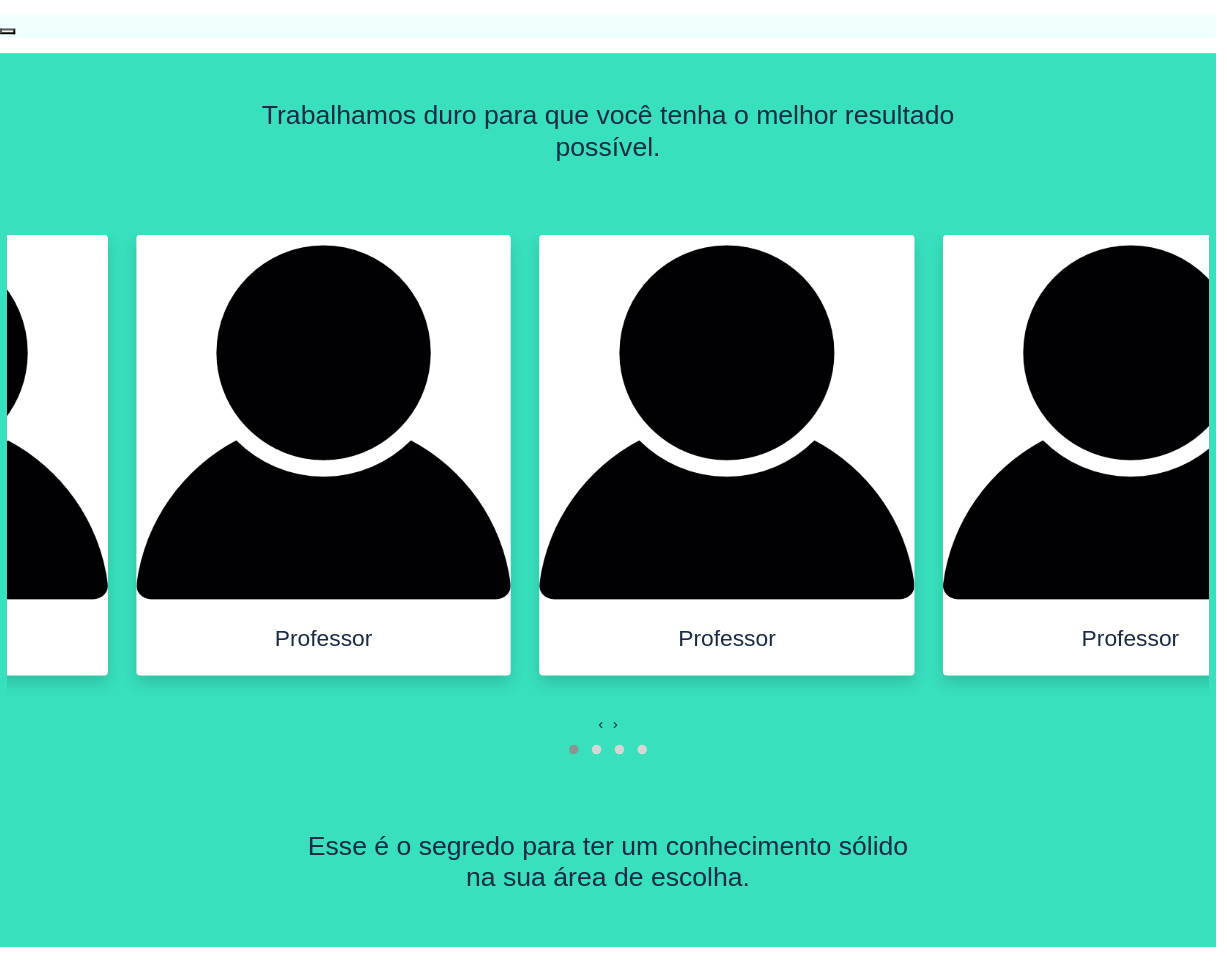
Repository: MarTech-Coders-Planejamento/site-oficial
Page: home.html
An editor plug-in stored every save of this project. The page is shown before and after the next save, followed by the edit.
The browser window is 1280 px wide. The page is 1292 px wide, so the pictures cover 1292 px, including what lies to the right of the window. The pictures show the whole page, at 95% of full size.
Some web fonts or font styles are not loaded; a fallback is used.

Above is the page before, as saved 2021-10-23 12:33:26.

After the next save:
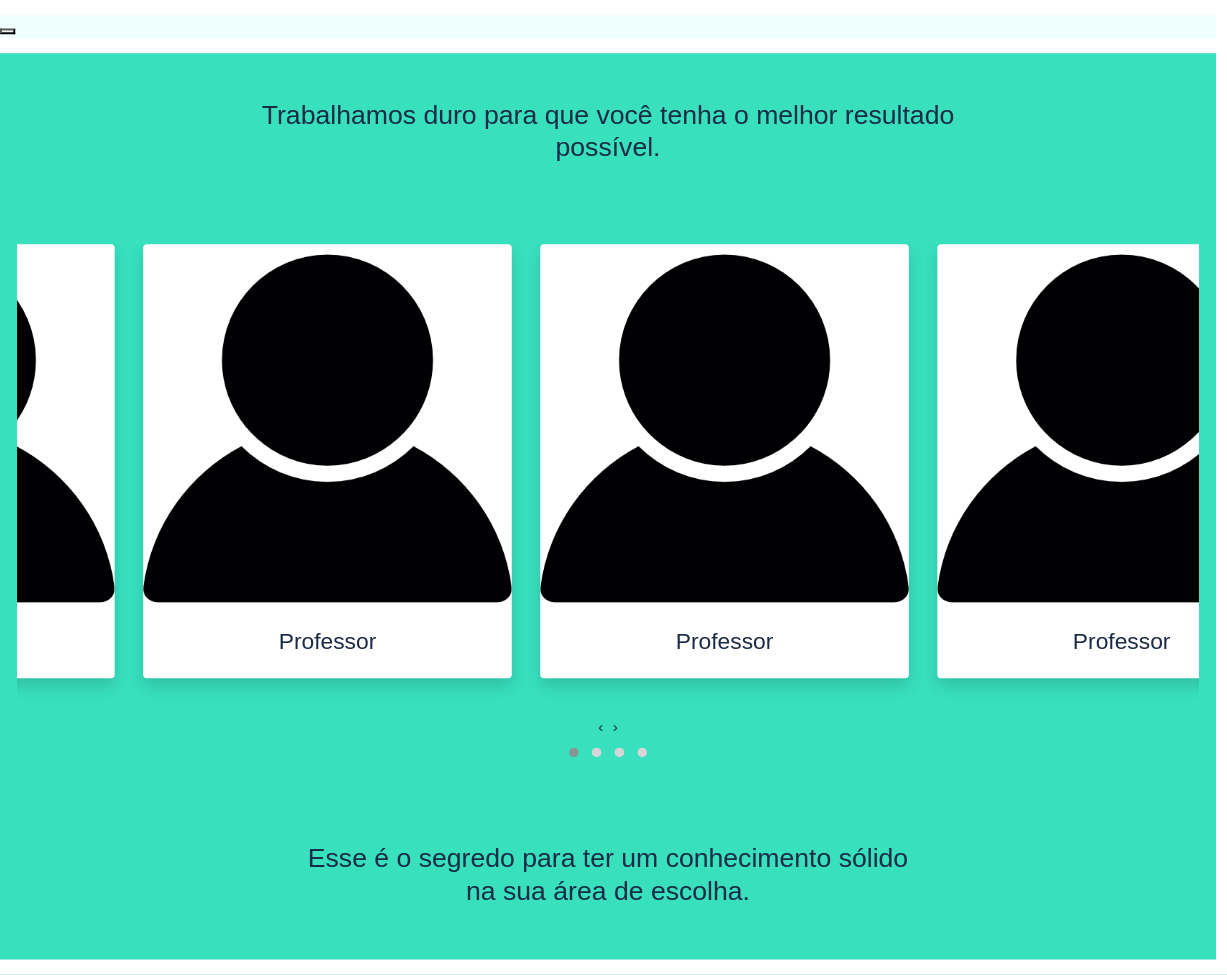
Saved 29 s later.
--- a/css/home.css
+++ b/css/home.css
@@ -26,7 +26,7 @@
 /* Slider Container*/
 
 #slider-container{
- padding: 20px;
+ padding: 30px;
  display: flex;
  width: 100vw;
 }
